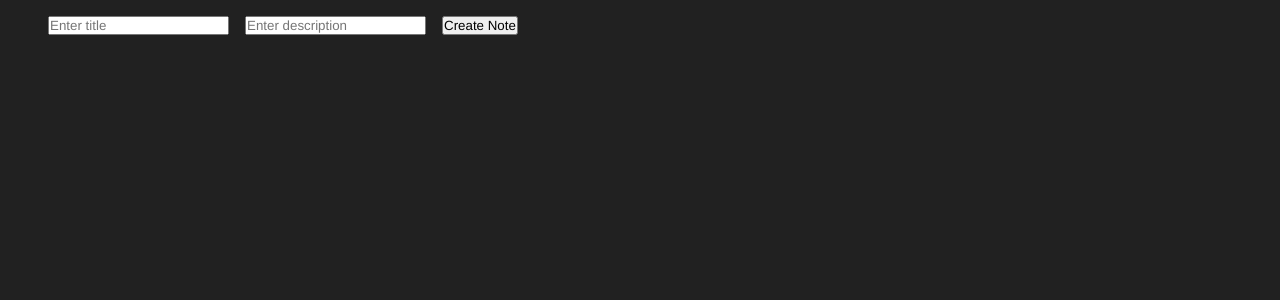
Repository: nileshwankhede03/The-Origin-Backend
Page: / (app in Fullstack/Frontend/FrontEnd/)
These files come from the project's save history. The page is drawn as it stood at one moment and after the next save; the edit follows.
The browser window is 1280 px wide. The pictures show the whole page.
The page's requests for data from a server got no answer. The project was rebuilt for these pictures with package versions that can differ from the ones it lists, and the page was loaded fresh each time. No one was signed in, and anything a server would have sent is missing. Also part of the build but not shown: Fullstack/Frontend/FrontEnd/vite.config.js.

Above is the page before, as saved 2026-02-03 08:06:39.

### Fullstack/Frontend/FrontEnd/src/main.jsx
import { StrictMode } from 'react'
import { createRoot } from 'react-dom/client'
import './index.css'
import App from './App.jsx'

createRoot(document.getElementById('root')).render(<App />);

### Fullstack/Frontend/FrontEnd/src/index.css
* {
    margin: 0;
    padding: 0;
    box-sizing: border-box;
    font-family: 'Helvetica Neue';
}

html, body, #root {
    height: 100%;
    width: 100%;
}

html{
  background-color: #212121;
}


.notes{
  display: flex;
  gap: 1rem;
  padding-block: 1rem;
  padding-inline: 3rem;
  flex-wrap: wrap;
}

.note{
  background-color: #494949;
  padding: 1rem;
  border-radius: 0.7rem;
  max-width: 20rem;
  color: rgb(255, 253, 249);
}


.note-create-form{
  display: flex;
  gap: 1rem;
  padding-inline: 3rem;
  padding-block: 1rem;
}

### Fullstack/Frontend/FrontEnd/src/App.jsx
import React, { useEffect, useState } from 'react'
import axios from 'axios'
const App = () => {

  const [notes, setNotes] = useState([]);
  const [formData, setFormData] = useState({});
  const [editId, setEditId] = useState(null);

  console.log("Hello Integration");

  function fetchNotes()
  {
    axios.get('http://localhost:3000/api/notes')
    .then((res)=>{
      // console.log(res.data.notes);
      const {notes} = res.data;
      setNotes(notes);
    })
  }

  useEffect(()=>{
    fetchNotes()
  },[]);

  // handleSubmit function is here
  const handleSubmit = async (e) => {
  e.preventDefault();

  if (editId) {
    await axios.patch(
      `http://localhost:3000/api/notes/${editId}`,
      formData
    );
    setEditId(null);
  } else {
    await axios.post(
      `http://localhost:3000/api/notes`,
      formData
    );
  }

  setFormData({});
  fetchNotes();
};



  function handleDeleteNote(noteId)
  {
    // console.log(noteId);
    axios.delete(`http://localhost:3000/api/notes/${noteId}`)
    .then((res)=>{
      // console.log(res.data);
      fetchNotes();
    })
    .catch((err)=>{
      console.log(err);
    })
  }

  function handleEdit(note) // backend madhun full specific id ne data yet hota
  {
    // console.log(note);
    setEditId(note._id);
    setFormData(note);   // pura object form me
  }

  function handleChange(e)
  {
    const { name, value } = e.target;
    setFormData((prev) => ({
      ...prev,
      [name]: value,
    }));
  }



  return (
    <>
      <form className='note-create-form' onSubmit={handleSubmit} >
        <input name='title' type="text" placeholder='Enter title' value={formData.title || ""} onChange={handleChange} required />
        <input name='description' type="text" placeholder='Enter description' value={formData.description || ""} onChange={handleChange} required />
        <button>{editId ? "Update Note" : "Create Note"}</button>
      </form>

      <div className="notes">
        {notes.map((element) => (
          <div key={element._id} className="note">
            <h1>{element.title}</h1>
            <p>{element.description}</p>
            <button onClick={()=>handleEdit(element)}>EDIT</button>
            <button onClick={()=>handleDeleteNote(element._id)} >DELETE</button>
          </div>
        ))}
      </div>
    </>
  )
}

export default App

Loaded but not shown: Fullstack/Frontend/FrontEnd/index.html (common file)

After the next save:
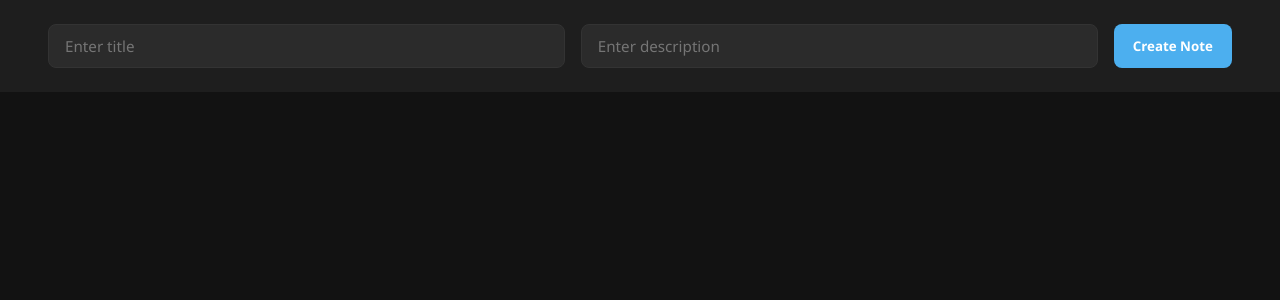
Saved 2 min 0 s later.
--- a/Fullstack/Frontend/FrontEnd/src/index.css
+++ b/Fullstack/Frontend/FrontEnd/src/index.css
@@ -1,40 +1,122 @@
 * {
-    margin: 0;
-    padding: 0;
-    box-sizing: border-box;
-    font-family: 'Helvetica Neue';
+  margin: 0;
+  padding: 0;
+  box-sizing: border-box;
+  font-family: 'Segoe UI', sans-serif;
 }
 
-html, body, #root {
-    height: 100%;
-    width: 100%;
+body {
+  background: #121212;
+  color: #f5f5f5;
 }
 
-html{
-  background-color: #212121;
+/* ---------- FORM ---------- */
+
+.note-create-form {
+  display: flex;
+  gap: 1rem;
+  padding: 1.5rem 3rem;
+  background: #1e1e1e;
+  position: sticky;
+  top: 0;
+  z-index: 10;
 }
 
-
-.notes{
-  display: flex;
-  gap: 1rem;
-  padding-block: 1rem;
-  padding-inline: 3rem;
-  flex-wrap: wrap;
+.note-create-form input {
+  flex: 1;
+  padding: 0.7rem 1rem;
+  border-radius: 0.5rem;
+  border: 1px solid #333;
+  background: #2b2b2b;
+  color: white;
+  font-size: 0.95rem;
+  outline: none;
+  transition: 0.2s ease;
 }
 
-.note{
-  background-color: #494949;
-  padding: 1rem;
-  border-radius: 0.7rem;
-  max-width: 20rem;
-  color: rgb(255, 253, 249);
+.note-create-form input:focus {
+  border-color: #4cafef;
+  box-shadow: 0 0 5px #4cafef55;
 }
 
+.note-create-form button {
+  padding: 0.7rem 1.2rem;
+  border-radius: 0.5rem;
+  border: none;
+  cursor: pointer;
+  font-weight: 600;
+  background: #4cafef;
+  color: white;
+  transition: 0.2s ease;
+}
 
-.note-create-form{
-  display: flex;
-  gap: 1rem;
-  padding-inline: 3rem;
-  padding-block: 1rem;
+.note-create-form button:hover {
+  background: #379ad6;
 }
+
+/* ---------- NOTES GRID ---------- */
+
+.notes {
+  display: grid;
+  grid-template-columns: repeat(auto-fill, minmax(260px, 1fr));
+  gap: 1.5rem;
+  padding: 2rem 3rem;
+}
+
+/* ---------- NOTE CARD ---------- */
+
+.note {
+  background: #1f1f1f;
+  padding: 1.2rem;
+  border-radius: 0.8rem;
+  box-shadow: 0 4px 10px rgba(0,0,0,0.4);
+  transition: transform 0.2s ease, box-shadow 0.2s ease;
+}
+
+.note:hover {
+  transform: translateY(-5px);
+  box-shadow: 0 8px 18px rgba(0,0,0,0.6);
+}
+
+.note h1 {
+  font-size: 1.2rem;
+  margin-bottom: 0.6rem;
+  color: #ffffff;
+}
+
+.note p {
+  font-size: 0.9rem;
+  line-height: 1.4;
+  color: #cfcfcf;
+  margin-bottom: 1rem;
+}
+
+/* ---------- ACTION BUTTONS ---------- */
+
+.note button {
+  padding: 0.4rem 0.8rem;
+  border-radius: 0.4rem;
+  border: none;
+  cursor: pointer;
+  font-size: 0.8rem;
+  margin-right: 0.5rem;
+  transition: 0.2s ease;
+}
+
+.note button:first-of-type {
+  background: #ffc107;
+  color: #1e1e1e;
+}
+
+.note button:first-of-type:hover {
+  background: #e0a800;
+}
+
+.note button:last-of-type {
+  background: #e53935;
+  color: white;
+}
+
+.note button:last-of-type:hover {
+  background: #c62828;
+}
